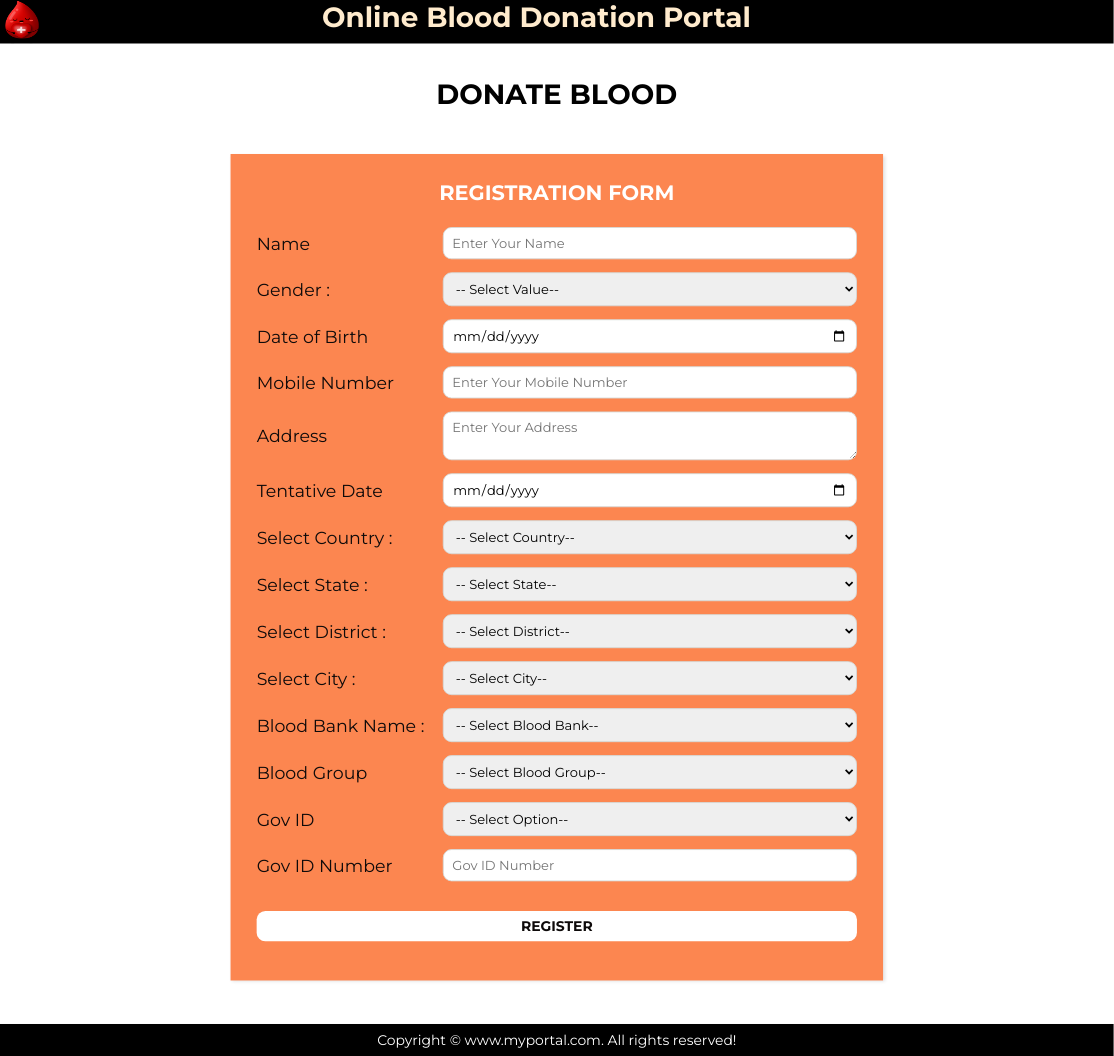
Repository: aditaya-burnwal/blood_donation_portal
Page: Donate Blood/donateblood.html
The author's editor kept a copy of each file at every save. The page is drawn from the files as they stood at one save, then again after a run of saves.
The browser window is 1280 px wide. The pictures show the whole page, at 87% of full size.

Above is the page before, as saved 2021-05-16 14:08:29.

After the next 2 saves:
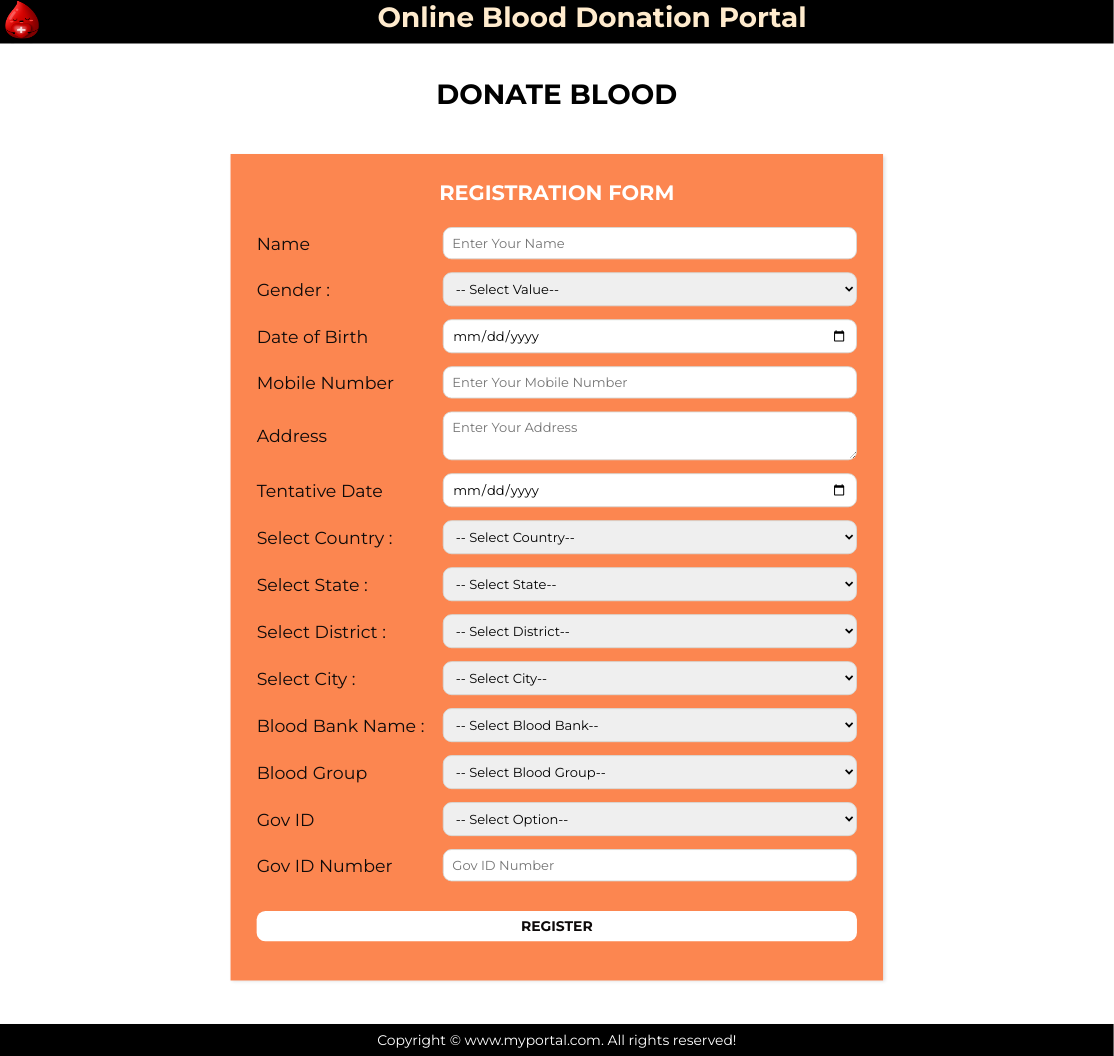
The 2 saves are shown as one change because they came seconds apart.
The last was saved 16 s later.
--- a/Donate Blood/donateblood.css
+++ b/Donate Blood/donateblood.css
@@ -139,7 +139,7 @@
 
 #title{
     color: blanchedalmond;
-    margin-left: 25%;
+    margin-left: 30%;
     margin-right: 25px;
 }
 

After the 6 saves that followed:
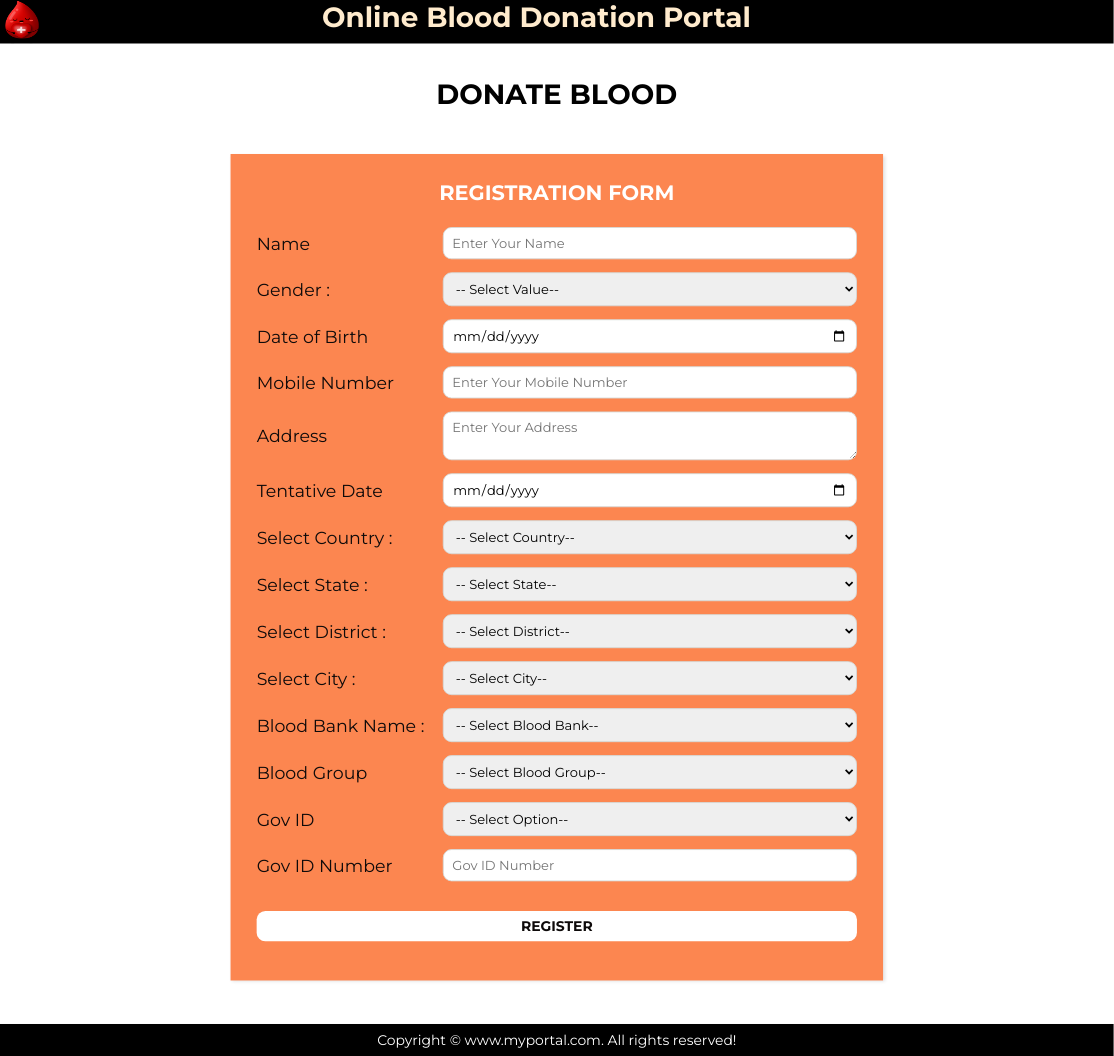
The 6 saves are shown as one change because 5 left the picture as it was.
The last was saved 102 s later.
--- a/Donate Blood/donateblood.css
+++ b/Donate Blood/donateblood.css
@@ -139,8 +139,8 @@
 
 #title{
     color: blanchedalmond;
-    margin-left: 30%;
-    margin-right: 25px;
+    margin-left: 25%;
+    margin-right: 5%;
 }
 
 footer{
